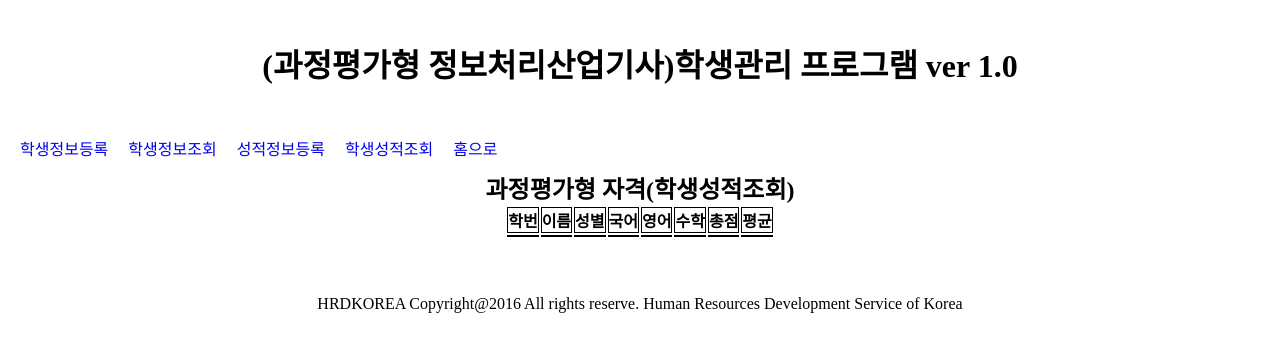
Repository: SeolhwaPark/JSL40_HRDKOREA
Page: http://localhost/HRD_0428_02/view2.jsp
The author's editor kept a copy of each file at every save. The page is drawn from the files as they stood at one save, then again after the next save.
The browser window is 1280 px wide. The pictures show the whole page.
The page is served by Tomcat 9. Queries for data that is not in the repository find no rows.

Above is the page before, as saved 2020-04-28 14:14:26.

After the next save:
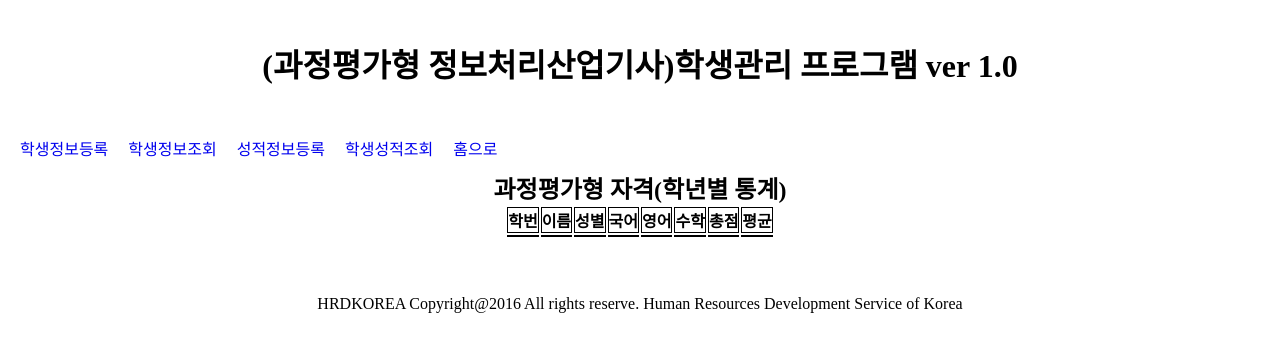
Saved 11 s later.
--- a/HRD_0428_02/WebContent/view2.jsp
+++ b/HRD_0428_02/WebContent/view2.jsp
@@ -51,7 +51,7 @@ a{padding:20px 0;text-decoration:none; }
 </div>
 <div class="section">
 	<section>
-		<h2 class="title">과정평가형 자격(학생성적조회)</h2>
+		<h2 class="title">과정평가형 자격(학년별 통계)</h2>
 		<div class="content">
 
 				<table>
